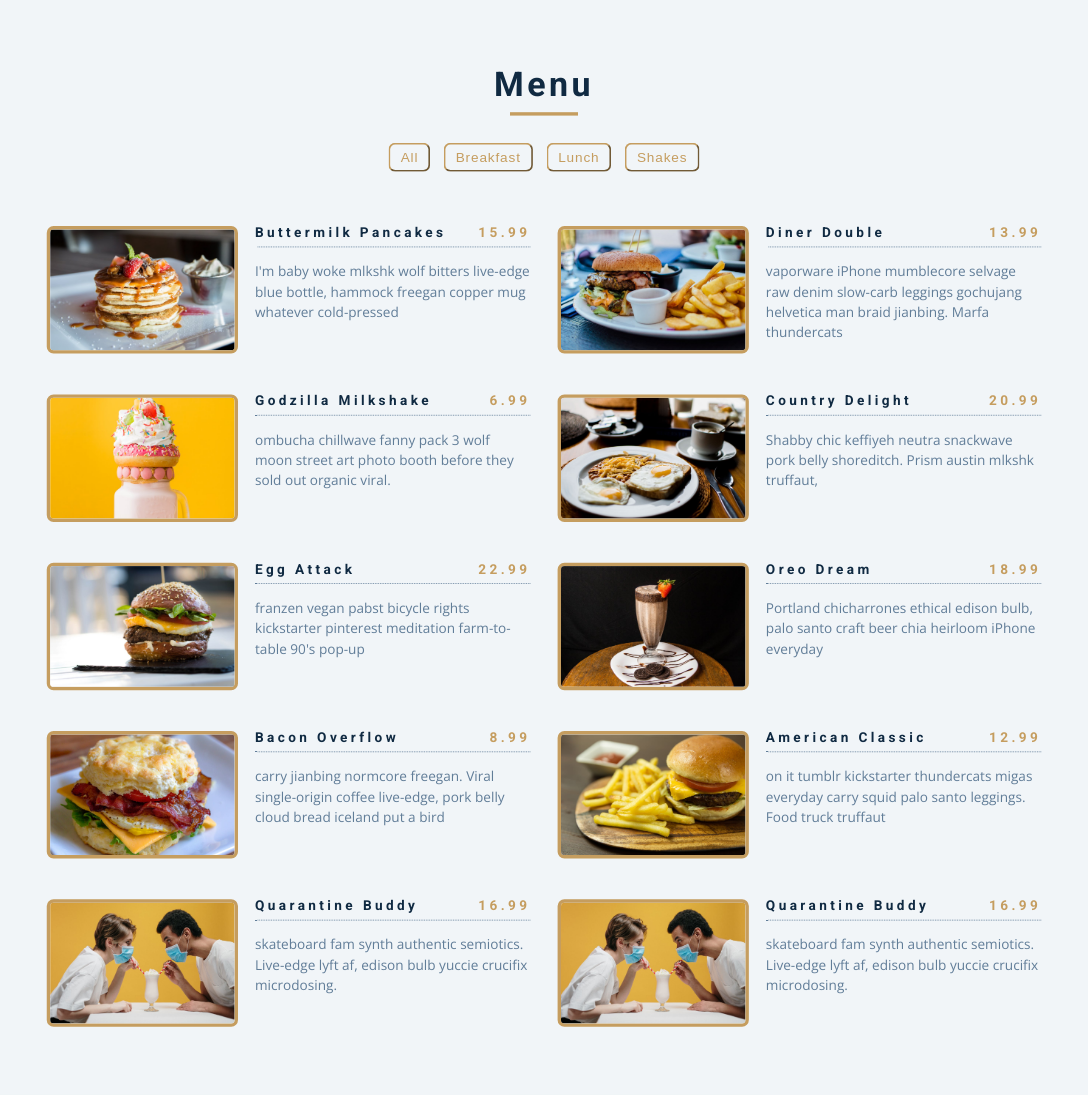
Repository: spidero7/Menu
Page: index.html
The author's editor kept a copy of each file at every save. The page is drawn from the files as they stood at one save, then again after the next save.
The browser window is 1280 px wide. The pictures show the whole page, at 85% of full size.
Some web libraries are served in a nearby version.

Above is the page before, as saved 2021-10-02 08:33:26.

After the next save:
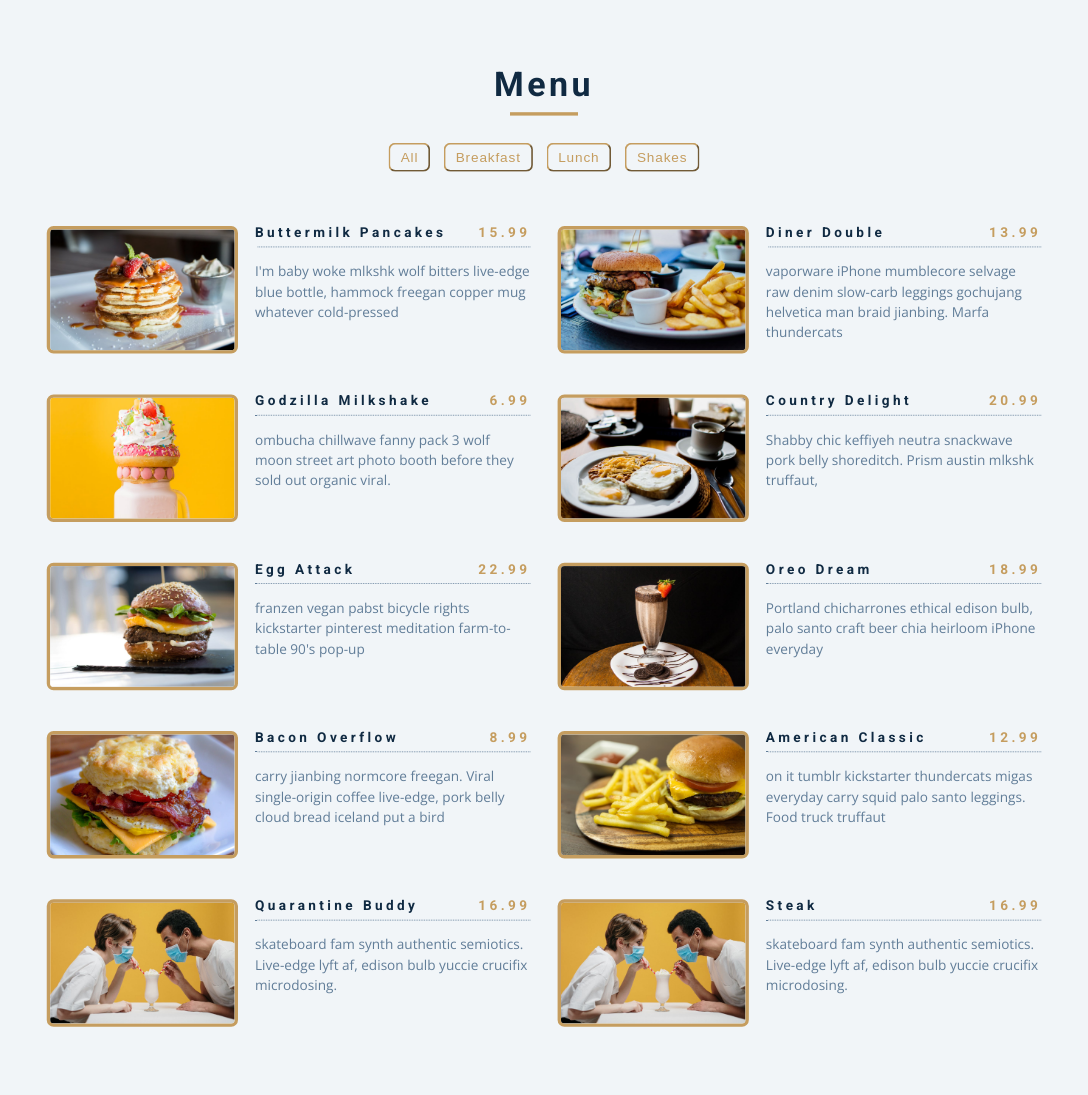
Saved 5 s later.
--- a/app.js
+++ b/app.js
@@ -74,7 +74,7 @@
   },
   {
     id: 10,
-    title: "quarantine buddy",
+    title: "steak",
     category: "shakes",
     price: 16.99,
     img: "./images/item-9.jpeg",
